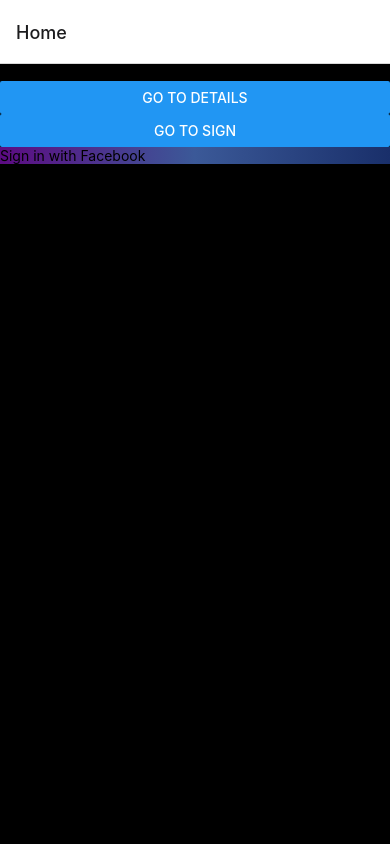
Repository: eyebone/barManager
Screen: /
An editor plug-in stored every save of this project. The screen is shown before and after the next save, followed by the edit.
The app was drawn by React Native's web renderer in a window 390 px wide. The project was rebuilt for these pictures with package versions that can differ from the ones it lists, and the page was loaded fresh each time. Also part of the build but not shown: components/EmojiPicker.js, components/Button.js, components/ImageViewer.js, components/circleButton.js, components/IconButton.js, view/ViewOne.js, view/Sign.js.

Above is the screen before, as saved 2023-06-26 13:59:07.

### App.js
// In App.js in a new project

import * as React from "react";
import { Button, View, Text, StyleSheet } from "react-native";
// import React-native from 'react-native';
import { NavigationContainer } from "@react-navigation/native";
import { createNativeStackNavigator } from "@react-navigation/native-stack";
import { ViewOne } from "./view/ViewOne";
import { SignView } from "./view/Sign";
import { LinearGradient } from "expo-linear-gradient";
function HomeScreen({ navigation }) {
  return (
    <View style={styles.container}>
      <Text>Home Screen</Text>
      <Button
        title="Go to Details"
        onPress={() => navigation.navigate("test")}
      />
      <Button title="Go to Sign" onPress={() => navigation.navigate("sign")} />
      <LinearGradient
        start={{ x: 0, y: 0 }}
        end={{ x: 1, y: 0 }}
        colors={["#5c0b82", "#3b5998", "#192f6a"]}
        style={styles.linearGradient}
      >
        <Text style={styles.buttonText}>Sign in with Facebook</Text>
      </LinearGradient>
    </View>
  );
}

const Stack = createNativeStackNavigator();

function App() {
  return (
    <NavigationContainer style={styles.container}>
      <Stack.Navigator>
        <Stack.Screen name="Home" component={HomeScreen} />
        <Stack.Screen name="test" component={ViewOne} />
        <Stack.Screen name="sign" component={SignView} />
      </Stack.Navigator>
    </NavigationContainer>
  );
}

export default App;

const styles = StyleSheet.create({
  container: {
    flex: 1,
    flexDirection: "column",
    backgroundColor: "#000000",
    //    alignItems: 'center',
  },
});

After the next save:
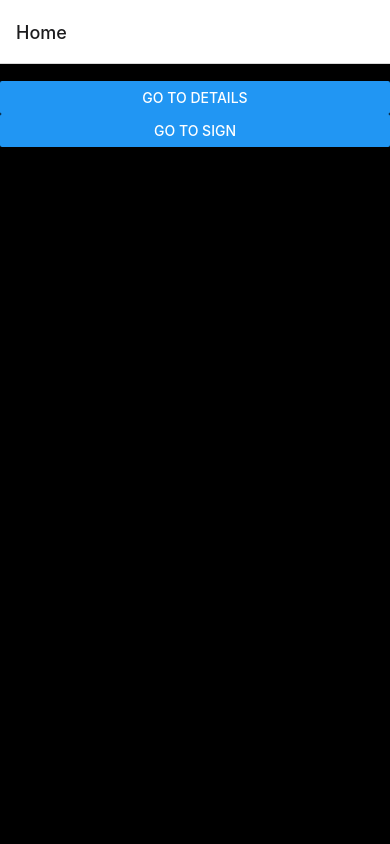
Saved 6 s later.
--- a/App.js
+++ b/App.js
@@ -20,7 +20,7 @@ function HomeScreen({ navigation }) {
       <LinearGradient
         start={{ x: 0, y: 0 }}
         end={{ x: 1, y: 0 }}
-        colors={["#5c0b82", "#3b5998", "#192f6a"]}
+        colors={["#5c0b82", "#", "#192f6a"]}
         style={styles.linearGradient}
       >
         <Text style={styles.buttonText}>Sign in with Facebook</Text>
